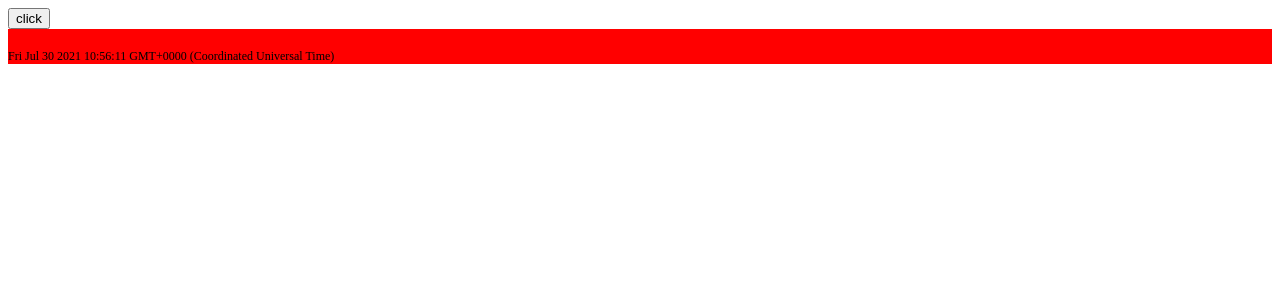
Repository: 572031690/newvue
Page: 学习demo/test.html
The author's editor kept a copy of each file at every save. The page is drawn from the files as they stood at one save, then again after the next save.
The browser window is 1280 px wide. The pictures show the whole page.

Above is the page before, as saved 2021-08-10 16:01:03.

After the next save:
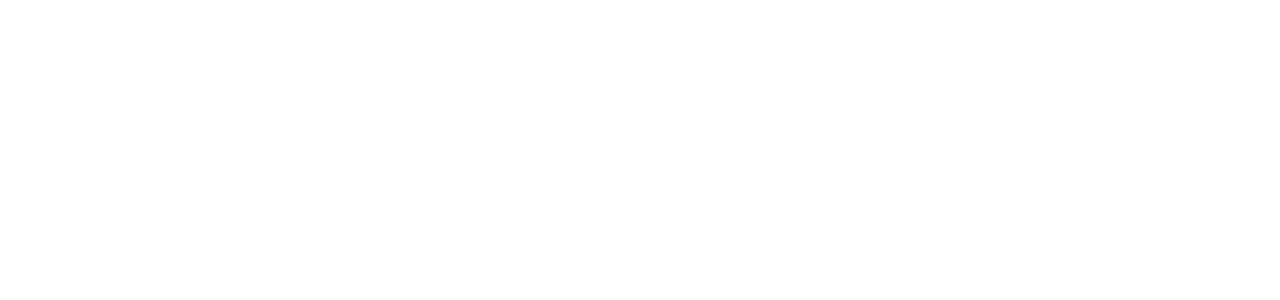
Saved 56 s later.
--- a/学习demo/test.html
+++ b/学习demo/test.html
@@ -46,7 +46,7 @@
                     },
                     getData() {
                       let CurrentDate = new Date()
-                      return CurrentDate
+                      return CurrentDate.parse()
                     }
                 },
             })

After the 3 saves that followed:
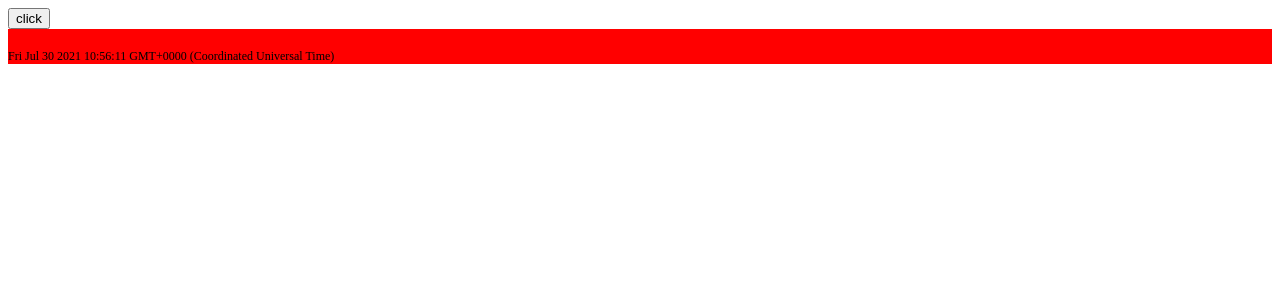
The 3 saves are shown as one change because 2 left the picture as it was.
The last was saved 42 s later.
--- a/学习demo/test.html
+++ b/学习demo/test.html
@@ -46,7 +46,7 @@
                     },
                     getData() {
                       let CurrentDate = new Date()
-                      return CurrentDate.parse()
+                      return CurrentDate
                     }
                 },
             })
